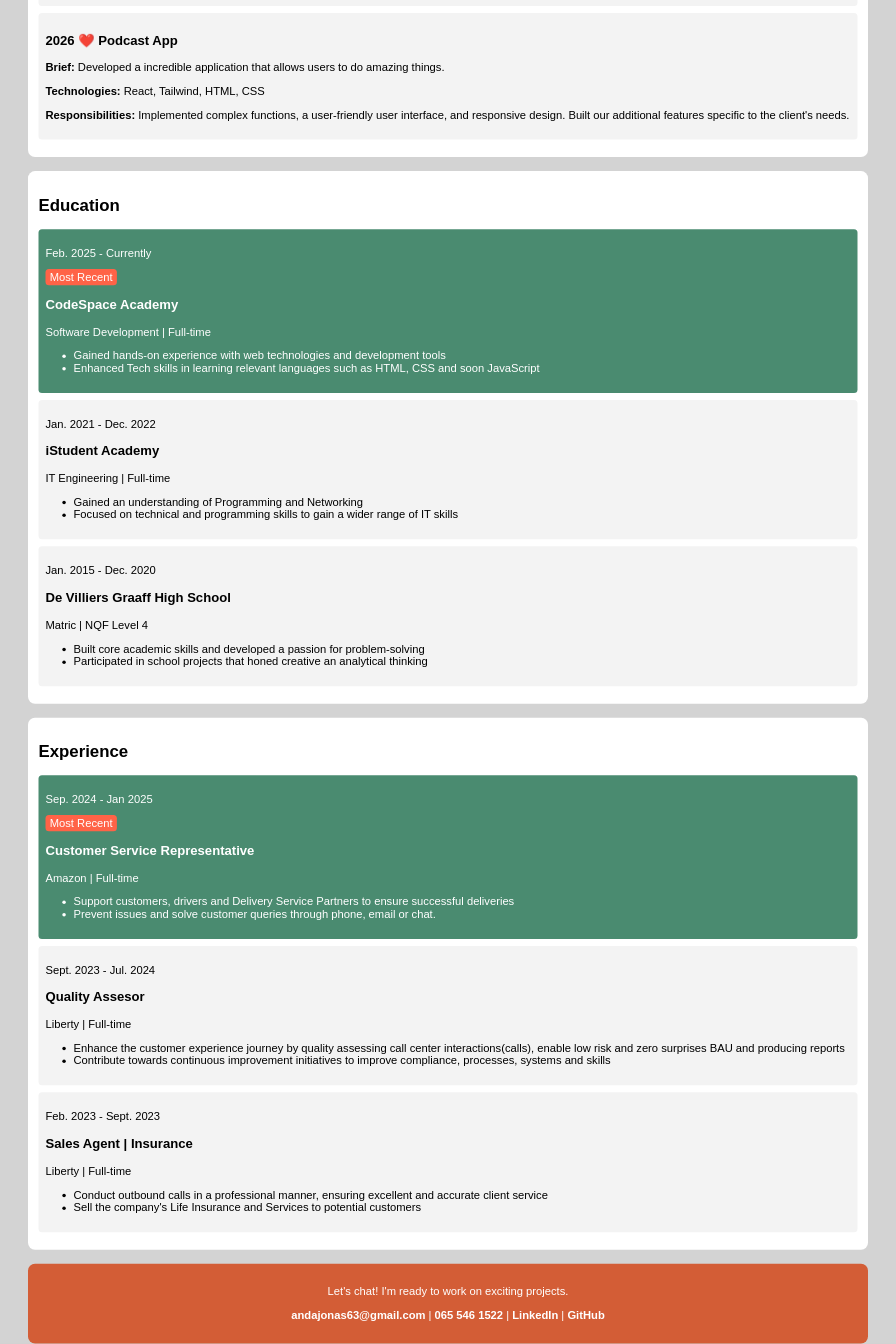
Repository: andajonas/ANDJON25111_fto2502_A2_AndaJonas_SDF_Portfolio_Piece
Page: index.html
The author's editor kept a copy of each file at every save. The page is drawn from the files as they stood at one save, then again after a run of saves.
The browser window is 1280 px wide. The pictures show the part of the page from y = 1208 to 3128 px (the page is 3128 px tall), at 70% of full size.
A picture or video elsewhere on the page could not be fetched, so the positions and the page height are approximate.

Above is the page before, as saved 2025-04-03 21:45:29.

After the next 3 saves:
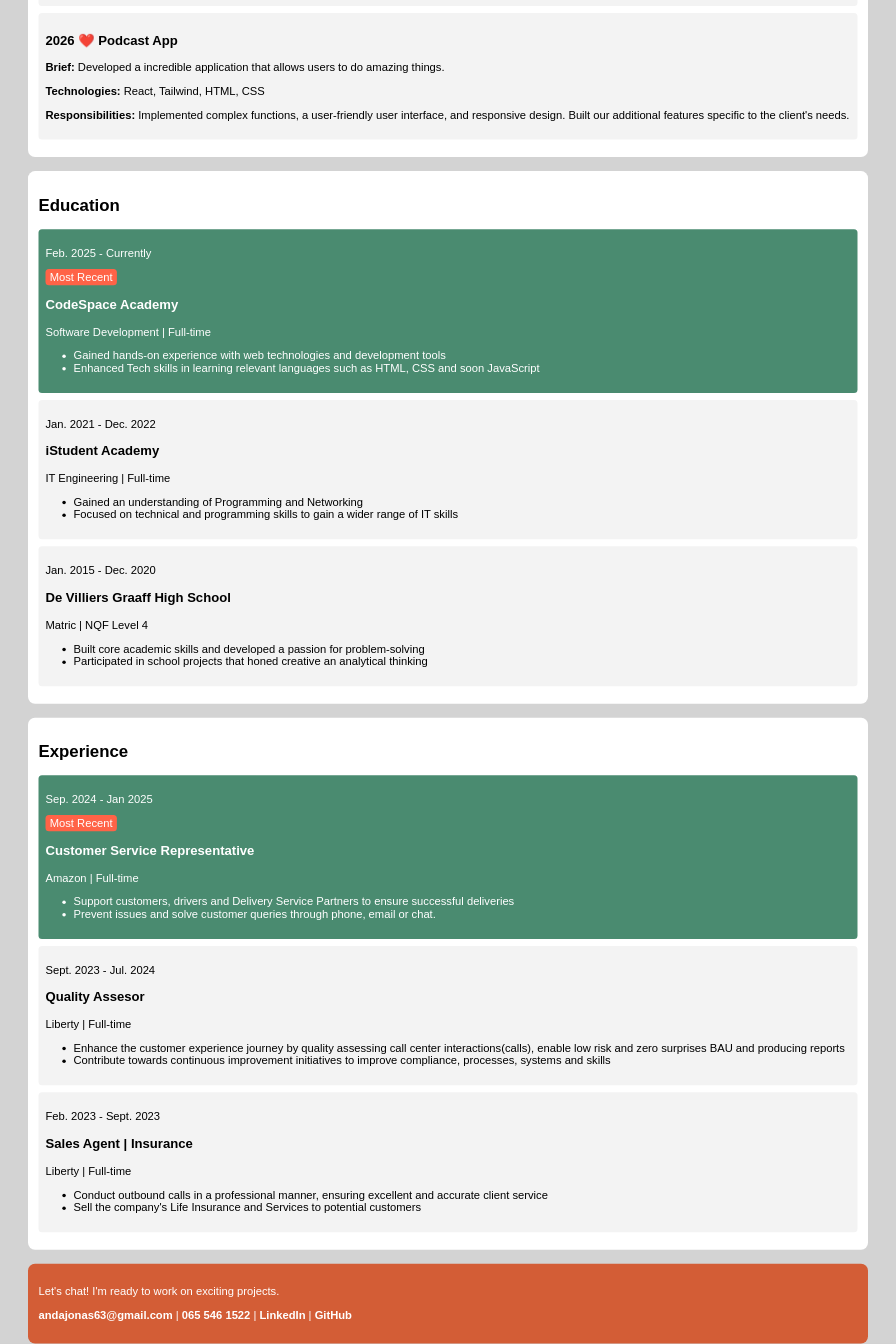
The 3 saves are shown as one change because they came seconds apart.
The last was saved 3 min 5 s later.
--- a/styles.css
+++ b/styles.css
@@ -133,7 +133,7 @@ body {
 .contact {
     background: #d35d36;
     color: white;
-    text-align: center;
+    text-align: ;
     padding: 15px;
     border-radius: 10px;
 }
